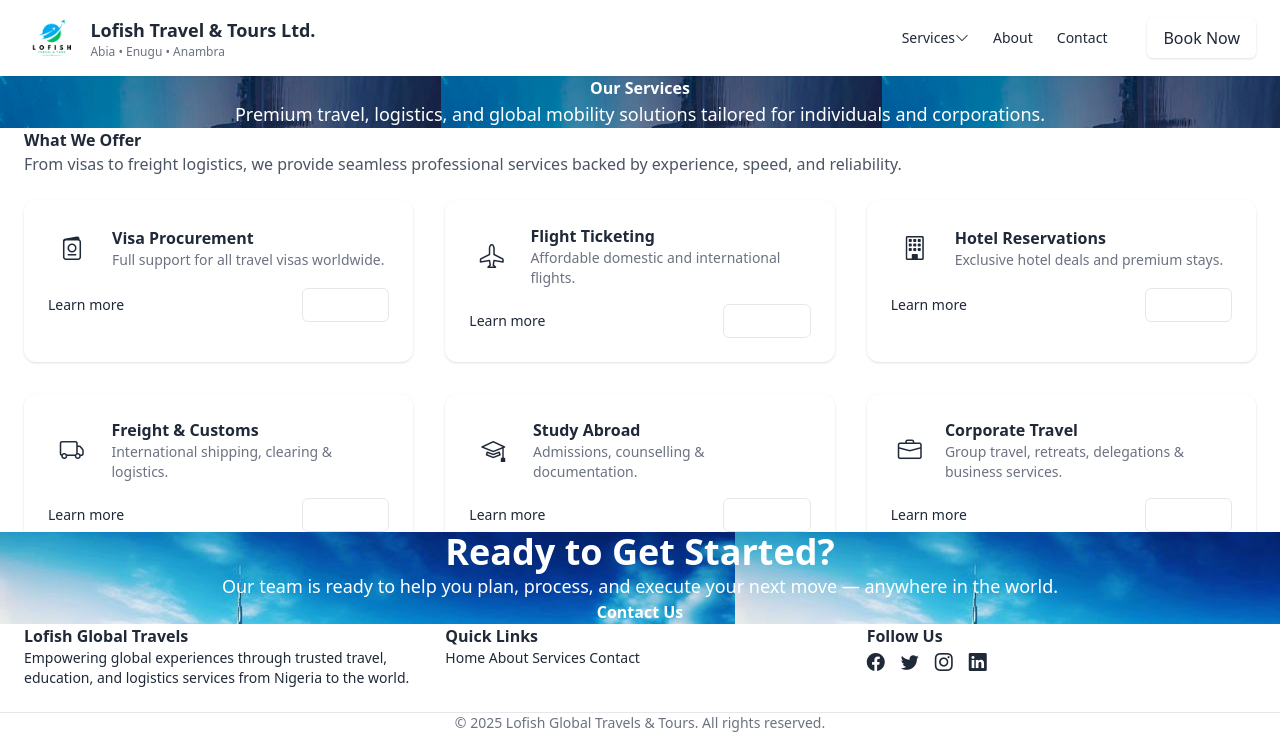
Repository: PhantomMiles/Lofish-Travels-and-Tours
Page: services.html
An editor plug-in stored every save of this project. The page is shown before and after the next save, followed by the edit.
The browser window is 1280 px wide. The pictures show the whole page.
Some web libraries are served in a nearby version.

Above is the page before, as saved 2025-11-14 11:09:16.

### services.html
<!DOCTYPE html>
<html lang="en">

<head>
  <meta charset="UTF-8" />
  <meta name="viewport" content="width=device-width, initial-scale=1.0" />
  <title>Our Services | Lofish Global Travels & Tours</title>

  <link rel="icon" type="image/png" href="img/logo_lofish.png" />
  <link rel="stylesheet" href="css/main.css">
  <link rel="stylesheet" href="node_modules/bootstrap-icons/font/bootstrap-icons.css">
  <link rel="preconnect" href="https://fonts.googleapis.com">
  <link rel="preconnect" href="https://fonts.gstatic.com" crossorigin>
  <link href="https://fonts.googleapis.com/css2?family=Lato:wght@300;400;700;900&display=swap" rel="stylesheet">
</head>

<body class="antialiased text-gray-800 bg-teal-500/5">


  <!-- ========================================================= -->
  <!-- HEADER (EXACT COPY FROM ABOUT.HTML) -->
  <!-- ========================================================= -->
  <header class="sticky top-0 z-50 w-full bg-white shadow-sm">
    <div class="flex items-center justify-between px-6 py-4 mx-auto max-w-7xl">

      <a class="flex items-center gap-3" href="index.html">
        <img src="img/logo_lofish.png" alt="Lofish logo" class="object-contain h-10 rounded-md w-14" />
        <div>
          <h1 class="text-lg font-semibold">Lofish Travel &amp; Tours Ltd.</h1>
          <p class="text-xs text-gray-500">Abia • Enugu • Anambra</p>
        </div>
      </a>

      <!-- Desktop nav -->
      <nav class="items-center hidden gap-6 md:flex">

        <!-- Services dropdown -->
        <div class="relative" id="servicesDropdownWrapper">
          <button id="servicesBtn" aria-expanded="false"
            class="flex items-center gap-2 py-1 text-sm font-medium text-gray-700 focus:outline-none group">
            Services
            <i class="bi bi-chevron-down"></i>
            <span
              class="absolute left-0 bottom-0 w-0 h-0.5 bg-teal-500 transition-all duration-300 group-hover:w-full"></span>
          </button>

          <div id="servicesDropdown"
            class="absolute right-0 invisible w-56 mt-2 transition-all origin-top-right transform scale-95 bg-white rounded-md shadow-lg opacity-0 pointer-events-none ring-1 ring-black ring-opacity-5">
            <div class="py-2">
              <a href="visa.html" class="block px-4 py-2 text-sm text-gray-700 hover:bg-teal-700/10">Visa Procurement</a>
              <a href="flights.html" class="block px-4 py-2 text-sm text-gray-700 hover:bg-teal-700/10">Flight Ticketing</a>
              <a href="hotels.html" class="block px-4 py-2 text-sm text-gray-700 hover:bg-teal-700/10">Hotel Reservations</a>
              <a href="freight.html" class="block px-4 py-2 text-sm text-gray-700 hover:bg-teal-700/10">Freight & Customs</a>
            </div>
          </div>
        </div>

        <a href="about.html"
          class="text-sm font-medium text-gray-700 hover:text-teal-600 transition relative group py-1">About
          <span class="absolute left-0 bottom-0 h-0.5 w-0 bg-teal-500 group-hover:w-full transition-all"></span>
        </a>
        <a href="contact.html"
          class="text-sm font-medium text-gray-700 hover:text-teal-600 transition relative group py-1">Contact
          <span class="absolute left-0 bottom-0 h-0.5 w-0 bg-teal-500 group-hover:w-full transition-all"></span>
        </a>

        <button id="bookBtn"
          class="px-4 py-2 ml-4 font-medium text-black transition rounded-md shadow bg-gold hover:brightness-95">
          Book Now
        </button>
      </nav>

      <!-- Mobile -->
      <div class="flex items-center gap-2 md:hidden">
        <button id="bookBtnMobile" class="px-3 py-2 text-sm font-medium text-black rounded-md bg-gold">Book</button>

        <button id="menuBtn" aria-expanded="false" class="p-2 border rounded-md">
          <svg xmlns="http://www.w3.org/2000/svg" class="w-6 h-6" fill="none" viewBox="0 0 24 24" stroke="currentColor">
            <path stroke-linecap="round" stroke-linejoin="round" stroke-width="2"
              d="M4 6h16M4 12h16M4 18h16" />
          </svg>
        </button>
      </div>

    </div>

    <!-- Mobile menu -->
    <div id="mobileMenu" class="hidden border-t md:hidden">
      <div class="px-4 py-4 space-y-3">

        <div class="space-y-1">
          <button id="mobileServicesBtn" aria-expanded="false"
            class="flex items-center justify-between w-full px-3 py-2 text-left rounded-md hover:bg-royalBlue/5">
            <span class="font-medium">Services</span>
            <i class="bi bi-chevron-down text-gray-600"></i>
          </button>

          <div id="mobileServicesPanel" class="hidden pl-4 space-y-1">
            <a href="visa.html" class="block px-3 py-2 text-sm rounded-md hover:bg-royalBlue/5">Visa Procurement</a>
            <a href="flights.html" class="block px-3 py-2 text-sm rounded-md hover:bg-royalBlue/5">Flight Ticketing</a>
            <a href="hotels.html" class="block px-3 py-2 text-sm rounded-md hover:bg-royalBlue/5">Hotel Reservations</a>
            <a href="freight.html" class="block px-3 py-2 text-sm rounded-md hover:bg-royalBlue/5">Freight & Customs</a>
          </div>
        </div>

        <a href="about.html" class="block px-3 py-2 rounded-md hover:bg-royalBlue/5">About</a>
        <a href="services.html" class="block px-3 py-2 rounded-md hover:bg-royalBlue/5">Services</a>
        <a href="contact.html" class="block px-3 py-2 rounded-md hover:bg-royalBlue/5">Contact</a>
      </div>
    </div>

  </header>

  <!-- ========================================================= -->
  <!-- HERO SECTION -->
  <!-- ========================================================= -->
  <section class="relative overflow-hidden  bg-no-repeat bg-fixed bg-cover bg-center py-28" style="background-image:url('./img/services-hero.jpg');">
    <div class="absolute inset-0 bg-black/50"></div>
    <div class="relative z-10 max-w-4xl px-6 mx-auto text-center text-white">
      <h1 class="mb-4 text-5xl font-extrabold">Our Services</h1>
      <p class="text-lg text-gray-200">
        Premium travel, logistics, and global mobility solutions tailored for individuals and corporations.
      </p>
    </div>
  </section>

  <!-- ========================================================= -->
  <!-- SERVICES GRID -->
  <!-- ========================================================= -->
  <section class="px-6 py-20 mx-auto max-w-7xl">

    <h2 class="text-3xl font-bold text-royalBlue mb-6">What We Offer</h2>
    <p class="text-gray-600 max-w-2xl">
      From visas to freight logistics, we provide seamless professional services backed by experience, speed, and reliability.
    </p>

    <div class="grid gap-8 mt-10 sm:grid-cols-2 lg:grid-cols-3">

      <!-- CARD TEMPLATE -->
      <!-- Repeatable block with slide-in teal animation -->

      <!-- Visa Procurement -->
      <article
        class="relative p-6 overflow-hidden bg-white shadow rounded-xl hover:-translate-y-2 group transition-transform">
        <span
          class="absolute inset-0 bg-teal-800 translate-x-[-100%] group-hover:translate-x-0 transition-transform duration-500 ease-in-out"></span>

        <div class="relative flex items-center gap-4 group">
          <div
            class="flex items-center justify-center w-12 h-12 text-2xl bg-gold text-lightGold rounded-lg transition-all duration-500 group-hover:bg-gold/20 group-hover:text-gold">
            <i class="bi bi-passport"></i>
          </div>

          <div>
            <h4 class="font-semibold text-gray-800 group-hover:text-white transition-colors duration-500">
              Visa Procurement
            </h4>
            <p class="text-sm text-gray-500 group-hover:text-teal-50 transition-colors duration-500">
              Full support for all travel visas worldwide.
            </p>
          </div>
        </div>

        <div class="relative flex items-center justify-between mt-4 group">
          <a href="visa.html"
            class="text-sm text-teal-600 group-hover:text-teal-50 transition-colors duration-500">Learn more</a>
          <button
            class="px-3 py-1 text-white bg-teal-700 border border-teal-500 rounded-md group-hover:bg-white group-hover:text-teal-700 transition-all duration-500">
            Request
          </button>
        </div>
      </article>

      <!-- Flight Ticketing -->
      <article
        class="relative p-6 overflow-hidden bg-white shadow rounded-xl hover:-translate-y-2 group transition-transform">
        <span
          class="absolute inset-0 bg-teal-800 translate-x-[-100%] group-hover:translate-x-0 transition-transform duration-500 ease-in-out"></span>

        <div class="relative flex items-center gap-4 group">
          <div
            class="flex items-center justify-center w-12 h-12 text-2xl bg-gold text-lightGold rounded-lg group-hover:bg-gold/20 group-hover:text-gold transition">
            <i class="bi bi-airplane"></i>
          </div>

          <div>
            <h4 class="font-semibold text-gray-800 transition-colors duration-500 group-hover:text-white">Flight
              Ticketing</h4>
            <p class="text-sm text-gray-500 transition-colors duration-500 group-hover:text-teal-50">Affordable
              domestic and international flights.</p>
          </div>
        </div>

        <div class="relative flex items-center justify-between mt-4 group">
          <a href="flights.html"
            class="text-sm text-teal-600 transition-colors duration-500 group-hover:text-teal-50">Learn more</a>
          <button
            class="px-3 py-1 text-white bg-teal-700 border border-teal-500 rounded-md group-hover:bg-white group-hover:text-teal-700 transition-all duration-500">
            Request
          </button>
        </div>
      </article>

      <!-- Hotel Reservations -->
      <article
        class="relative p-6 overflow-hidden bg-white shadow rounded-xl hover:-translate-y-2 group transition-transform">
        <span
          class="absolute inset-0 bg-teal-800 translate-x-[-100%] group-hover:translate-x-0 transition-transform duration-500 ease-in-out"></span>

        <div class="relative flex items-center gap-4 group">
          <div
            class="flex items-center justify-center w-12 h-12 text-2xl bg-gold text-lightGold rounded-lg group-hover:bg-gold/20 group-hover:text-gold transition">
            <i class="bi bi-building"></i>
          </div>

          <div>
            <h4 class="font-semibold text-gray-800 group-hover:text-white transition-colors duration-500">Hotel
              Reservations</h4>
            <p class="text-sm text-gray-500 group-hover:text-teal-50 transition-colors duration-500">Exclusive hotel
              deals and premium stays.</p>
          </div>
        </div>

        <div class="relative flex items-center justify-between mt-4 group">
          <a href="hotels.html"
            class="text-sm text-teal-600 transition-colors duration-500 group-hover:text-teal-50">Learn more</a>
          <button
            class="px-3 py-1 text-white bg-teal-700 border border-teal-500 rounded-md group-hover:bg-white group-hover:text-teal-700 transition-all duration-500">
            Request
          </button>
        </div>
      </article>

      <!-- Freight -->
      <article
        class="relative p-6 overflow-hidden bg-white shadow rounded-xl hover:-translate-y-2 group transition-transform">
        <span
          class="absolute inset-0 bg-teal-800 translate-x-[-100%] group-hover:translate-x-0 transition-transform duration-500 ease-in-out"></span>

        <div class="relative flex items-center gap-4 group">
          <div
            class="flex items-center justify-center w-12 h-12 text-2xl bg-gold text-lightGold rounded-lg group-hover:bg-gold/20 group-hover:text-gold transition">
            <i class="bi bi-truck"></i>
          </div>

          <div>
            <h4 class="font-semibold text-gray-800 group-hover:text-white transition-colors duration-500">Freight &
              Customs</h4>
            <p class="text-sm text-gray-500 group-hover:text-teal-50 transition-colors duration-500">
              International shipping, clearing & logistics.</p>
          </div>
        </div>

        <div class="relative flex items-center justify-between mt-4 group">
          <a href="freight.html"
            class="text-sm text-teal-600 group-hover:text-teal-50 transition-colors duration-500">Learn more</a>
          <button
            class="px-3 py-1 text-white bg-teal-700 border border-teal-500 rounded-md group-hover:bg-white group-hover:text-teal-700 transition-all duration-500">
            Request
          </button>
        </div>
      </article>

      <!-- Study Abroad -->
      <article
        class="relative p-6 overflow-hidden bg-white shadow rounded-xl hover:-translate-y-2 group transition-transform">
        <span
          class="absolute inset-0 bg-teal-800 translate-x-[-100%] group-hover:translate-x-0 transition-transform duration-500 ease-in-out"></span>

        <div class="relative flex items-center gap-4 group">
          <div
            class="flex items-center justify-center w-12 h-12 text-2xl bg-gold text-lightGold rounded-lg group-hover:bg-gold/20 group-hover:text-gold transition">
            <i class="bi bi-mortarboard"></i>
          </div>

          <div>
            <h4 class="font-semibold text-gray-800 group-hover:text-white transition-colors duration-500">Study Abroad
            </h4>
            <p class="text-sm text-gray-500 group-hover:text-teal-50 transition-colors duration-500">Admissions,
              counselling & documentation.</p>
          </div>
        </div>

        <div class="relative flex items-center justify-between mt-4 group">
          <a href="study.html"
            class="text-sm text-teal-600 group-hover:text-teal-50 transition-colors duration-500">Learn more</a>
          <button
            class="px-3 py-1 text-white bg-teal-700 border border-teal-500 rounded-md group-hover:bg-white group-hover:text-teal-700 transition-all duration-500">
            Request
          </button>
        </div>
      </article>

      <!-- Corporate Travel -->
      <article
        class="relative p-6 overflow-hidden bg-white shadow rounded-xl hover:-translate-y-2 group transition-transform">
        <span
          class="absolute inset-0 bg-teal-800 translate-x-[-100%] group-hover:translate-x-0 transition-transform duration-500 ease-in-out"></span>

        <div class="relative flex items-center gap-4 group">
          <div
            class="flex items-center justify-center w-12 h-12 text-2xl bg-gold text-lightGold rounded-lg group-hover:bg-gold/20 group-hover:text-gold transition">
            <i class="bi bi-briefcase"></i>
          </div>

          <div>
            <h4 class="font-semibold text-gray-800 group-hover:text-white transition-colors duration-500">Corporate
              Travel</h4>
            <p class="text-sm text-gray-500 group-hover:text-teal-50 transition-colors duration-500">Group travel,
              retreats, delegations & business services.</p>
          </div>
        </div>

        <div class="relative flex items-center justify-between mt-4 group">
          <a href="corporate.html"
            class="text-sm text-teal-600 group-hover:text-teal-50 transition-colors duration-500">Learn more</a>
          <button
            class="px-3 py-1 text-white bg-teal-700 border border-teal-500 rounded-md group-hover:bg-white group-hover:text-teal-700 transition-all duration-500">
            Request
          </button>
        </div>
      </article>

    </div>

  </section>


  <!-- ========================================================= -->
  <!-- CTA SECTION -->
  <!-- ========================================================= -->
  <section class="relative py-20 text-center text-white bg-fixed bg-center bg-cover"
    style="background-image:url('./img/cta.jpg');">
    <div class="absolute inset-0 bg-black/70"></div>

    <div class="relative z-10 max-w-3xl mx-auto px-6">
      <h2 class="text-4xl font-bold mb-4">Ready to Get Started?</h2>
      <p class="text-lg text-blue-100 mb-6">
        Our team is ready to help you plan, process, and execute your next move — anywhere in the world.
      </p>

      <a href="contact.html"
        class="px-8 py-3 font-semibold text-black bg-gold rounded-md hover:bg-yellow-400 transition">
        Contact Us
      </a>
    </div>
  </section>



  <!-- ========================================================= -->
  <!-- FOOTER (EXACT COPY FROM ABOUT PAGE) -->
  <!-- ========================================================= -->
  <footer class="py-10 text-gray-300 bg-gray-900">
    <div class="grid gap-8 px-6 mx-auto max-w-7xl md:grid-cols-3">
      <div>
        <h3 class="mb-4 text-xl font-bold text-gold">Lofish Global Travels</h3>
        <p class="text-sm text-gray-400">
          Empowering global experiences through trusted travel, education, and logistics services from Nigeria to the world.
        </p>
      </div>

      <div>
        <h3 class="mb-4 text-xl font-bold text-gold">Quick Links</h3>
        <div class="space-x-4 space-y-4 text-sm">
          <a href="index.html" class="hover:text-gold">Home</a>
          <a href="about.html" class="hover:text-gold">About</a>
          <a href="services.html" class="hover:text-gold">Services</a>
          <a href="contact.html" class="hover:text-gold">Contact</a>
        </div>
      </div>

      <div>
        <h3 class="mb-4 text-xl font-bold text-gold">Follow Us</h3>
        <div class="flex gap-4 text-lg">
          <a href="#" class="hover:text-gold"><i class="bi bi-facebook"></i></a>
          <a href="#" class="hover:text-gold"><i class="bi bi-twitter"></i></a>
          <a href="#" class="hover:text-gold"><i class="bi bi-instagram"></i></a>
          <a href="#" class="hover:text-gold"><i class="bi bi-linkedin"></i></a>
        </div>
      </div>
    </div>

    <hr class="mx-auto mt-6 w-[95%]">
    <div class="mt-10 text-sm text-center text-gray-500">
      © 2025 Lofish Global Travels & Tours. All rights reserved.
    </div>
  </footer>



  <!-- ========================================================= -->
  <!-- SCRIPTS (EXACT COPY FROM ABOUT PAGE) -->
  <!-- ========================================================= -->
  <script>
    // Header toggles
    const menuBtn = document.getElementById('menuBtn');
    const mobileMenu = document.getElementById('mobileMenu');
    const bookBtn = document.getElementById('bookBtn');
    const bookBtnMobile = document.getElementById('bookBtnMobile');
    const bookingModal = document.getElementById('bookingModal');
    const closeModal = document.getElementById('closeModal');
    const modalCancel = document.getElementById('modalCancel');

    menuBtn?.addEventListener('click', () => {
      const expanded = menuBtn.getAttribute('aria-expanded') === 'true';
      menuBtn.setAttribute('aria-expanded', String(!expanded));
      mobileMenu.classList.toggle('hidden');
    });

    // Desktop Services dropdown
    const servicesBtn = document.getElementById('servicesBtn');
    const servicesDropdown = document.getElementById('servicesDropdown');
    const servicesWrapper = document.getElementById('servicesDropdownWrapper');

    function openServices() {
      servicesDropdown.classList.remove('invisible', 'opacity-0', 'pointer-events-none', 'scale-95');
      servicesDropdown.classList.add('visible', 'opacity-100', 'pointer-events-auto', 'scale-100');
      servicesBtn.setAttribute('aria-expanded', 'true');
    }
    function closeServices() {
      servicesDropdown.classList.add('invisible', 'opacity-0', 'pointer-events-none', 'scale-95');
      servicesDropdown.classList.remove('visible', 'opacity-100', 'pointer-events-auto', 'scale-100');
      servicesBtn.setAttribute('aria-expanded', 'false');
    }

    servicesBtn?.addEventListener('click', (e) => {
      e.stopPropagation();
      const expanded = servicesBtn.getAttribute('aria-expanded') === 'true';
      if (expanded) closeServices();
      else openServices();
    });

    document.addEventListener('click', (e) => {
      if (!servicesWrapper.contains(e.target)) closeServices();
    });

    const mobileServicesBtn = document.getElementById('mobileServicesBtn');
    const mobileServicesPanel = document.getElementById('mobileServicesPanel');
    mobileServicesBtn?.addEventListener('click', () => {
      const expanded = mobileServicesBtn.getAttribute('aria-expanded') === 'true';
      mobileServicesBtn.setAttribute('aria-expanded', String(!expanded));
      mobileServicesPanel.classList.toggle('hidden');
    });

    // Booking modal
    ;[bookBtn, bookBtnMobile].forEach(b => b?.addEventListener('click', () => {
      bookingModal.classList.remove('hidden');
      bookingModal.querySelector('input')?.focus();
    }));
    closeModal?.addEventListener('click', () => bookingModal.classList.add('hidden'));
    modalCancel?.addEventListener('click', () => bookingModal.classList.add('hidden'));
    bookingModal?.addEventListener('click', (e) => {
      if (e.target === bookingModal) bookingModal.classList.add('hidden');
    });

    // Reveal animation
    const obs = new IntersectionObserver((entries) => {
      entries.forEach(e => {
        if (e.isIntersecting) e.target.classList.add('opacity-100', 'translate-y-0');
      });
    }, {
      threshold: 0.15
    });

    document.querySelectorAll('article, section > .p-6').forEach(el => {
      el.classList.add('opacity-0', 'translate-y-6', 'transition', 'duration-700');
      obs.observe(el);
    });
  </script>

</body>

</html>

Loaded but not shown: node_modules/bootstrap-icons/font/bootstrap-icons.css (library); css/main.css (1069 lines, source omitted)

After the next save:
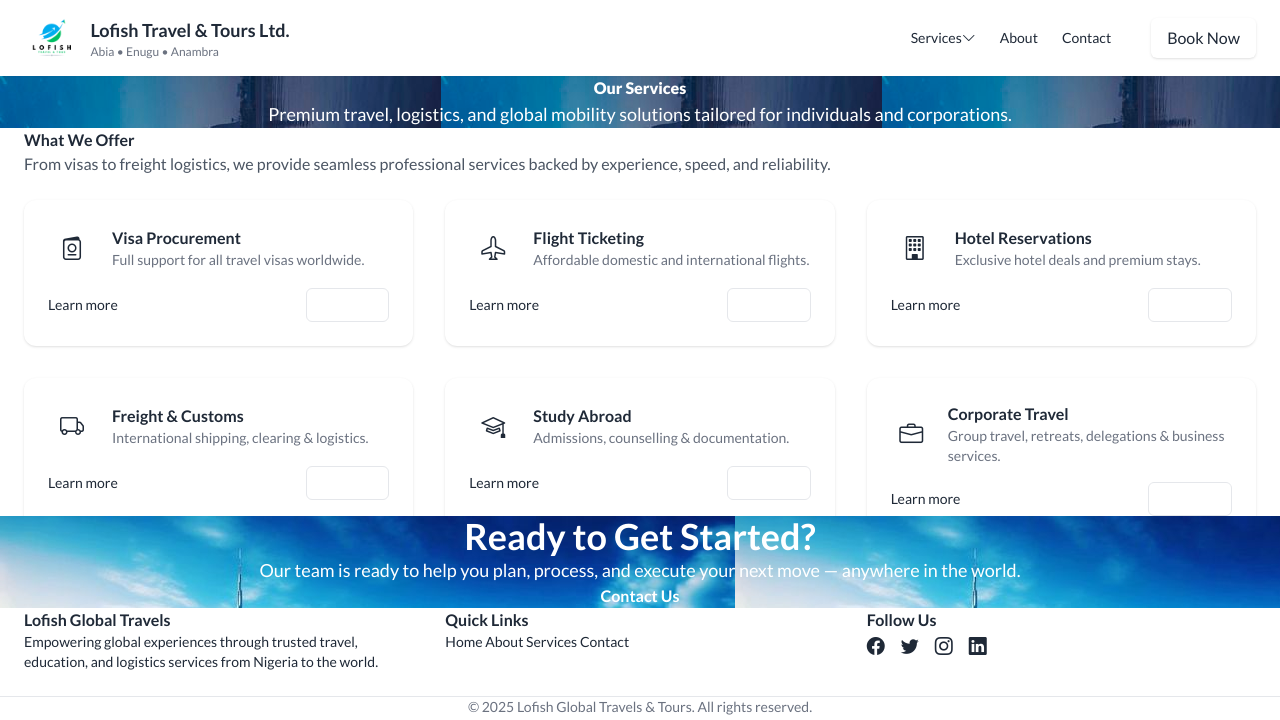
Saved 48 s later.
--- a/services.html
+++ b/services.html
@@ -12,6 +12,10 @@
   <link rel="preconnect" href="https://fonts.googleapis.com">
   <link rel="preconnect" href="https://fonts.gstatic.com" crossorigin>
   <link href="https://fonts.googleapis.com/css2?family=Lato:wght@300;400;700;900&display=swap" rel="stylesheet">
+  <style>
+    /* small helper to keep font consistent */
+    body { font-family: 'Lato', system-ui, -apple-system, "Segoe UI", Roboto, "Helvetica Neue", Arial; };
+  </style>
 </head>
 
 <body class="antialiased text-gray-800 bg-teal-500/5">
